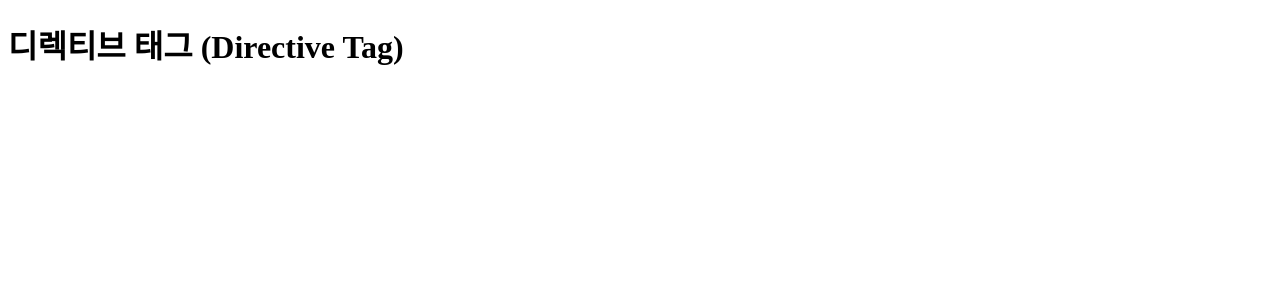
Repository: Kimgigon123123/JspServlet
Page: http://localhost/03.Tag/02.Directive/Ex01_Directive.jsp
An editor plug-in stored every save of this project. The page is shown before and after the next save, followed by the edit.
The browser window is 1280 px wide. The pictures show the whole page.
The page is served by Tomcat 9.

Above is the page before, as saved 2023-05-19 02:37:29.

After the next save:
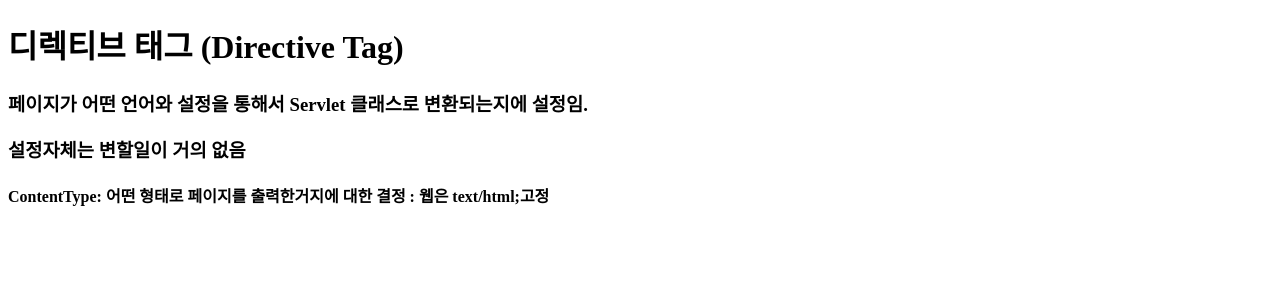
Saved 69 s later.
--- a/WorkSpace/03.Tag/src/main/webapp/02.Directive/Ex01_Directive.jsp
+++ b/WorkSpace/03.Tag/src/main/webapp/02.Directive/Ex01_Directive.jsp
@@ -8,5 +8,8 @@
 </head>
 <body>
 	<h1>디렉티브 태그 (Directive Tag)</h1>
+	<h3>페이지가 어떤 언어와 설정을 통해서 Servlet 클래스로 변환되는지에 설정임.</h3>
+	<h3>설정자체는 변할일이 거의 없음</h3>
+	<h4>ContentType: 어떤 형태로 페이지를 출력한거지에 대한 결정 : 웹은 text/html;고정</h4>
 </body>
 </html>
